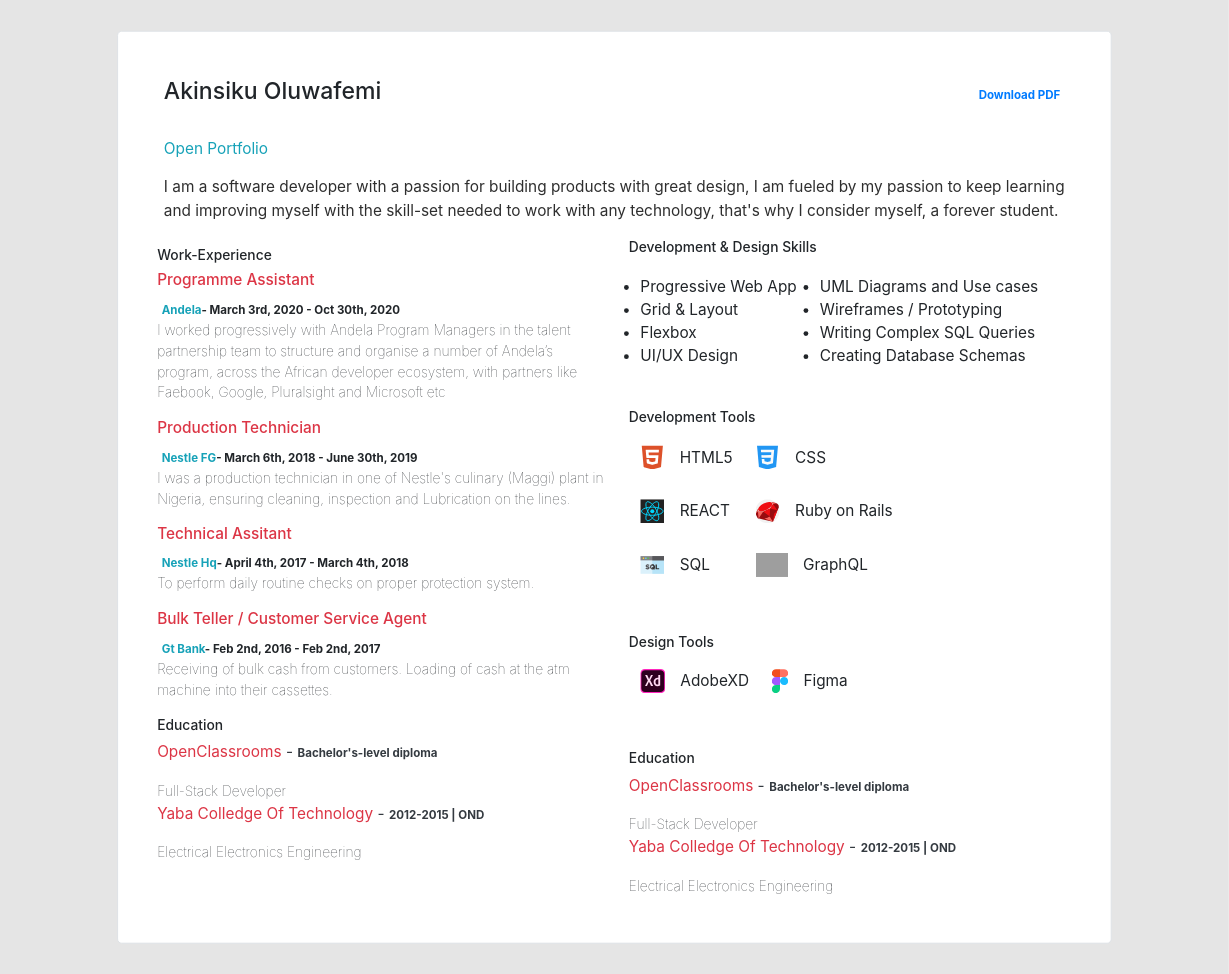
Repository: akinsikuoluwafemi/resume
Page: index.html
An editor plug-in stored every save of this project. The page is shown before and after the next save, followed by the edit.
The browser window is 1280 px wide. The pictures show the whole page, at 96% of full size.
Pictures or frames that could not be fetched are drawn as grey boxes. The style sheet was rebuilt from its Sass, Less or Tailwind sources for each picture, by a compiler version that may differ from the author's.

Above is the page before, as saved 2021-01-13 23:44:45.

After the next save:
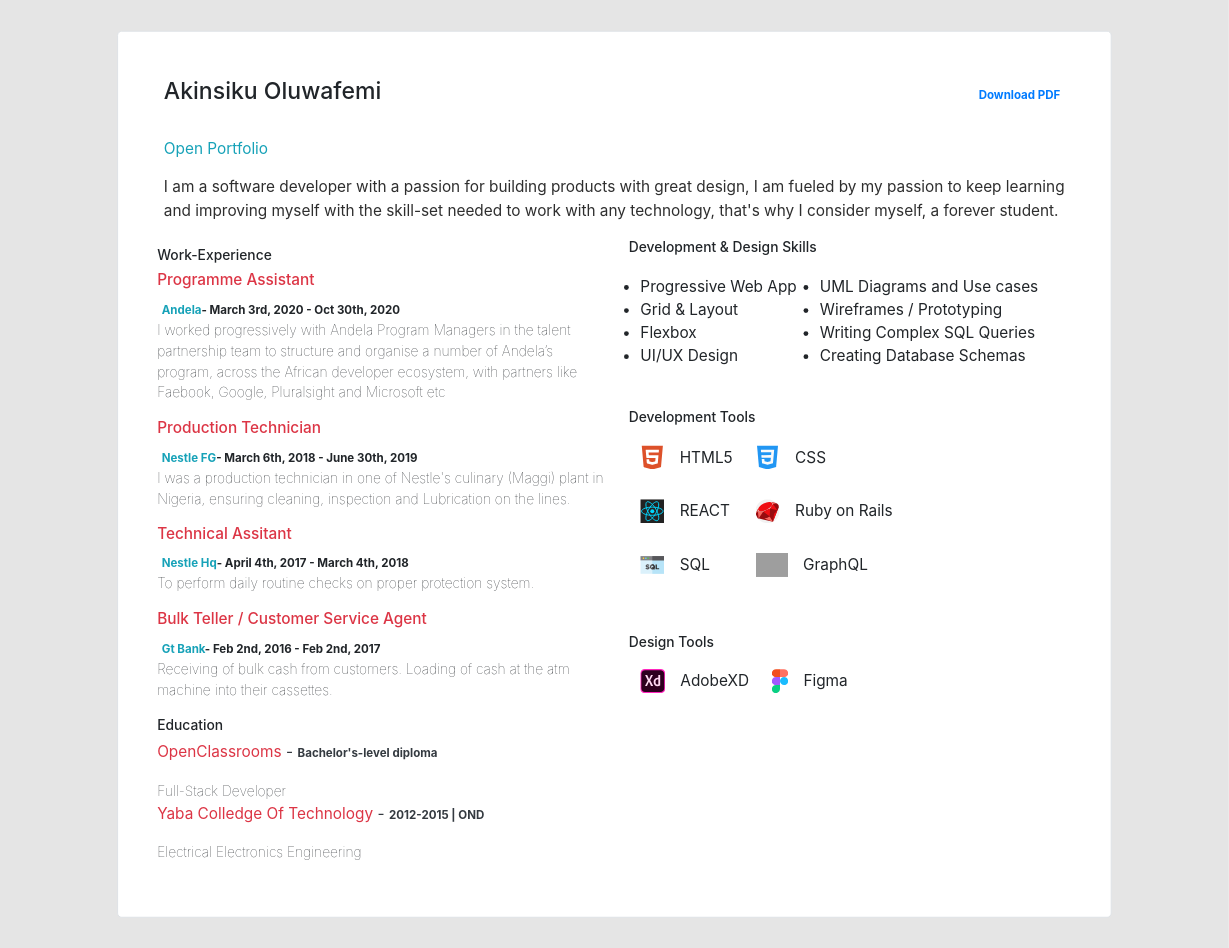
Saved 68 s later.
--- a/index.html
+++ b/index.html
@@ -230,7 +230,7 @@
 
 
                     </div>
-                    <div class="edu">
+                    <!-- <div class="edu">
                         <h5 class="item__header">Education</h5>
                         <p paragraph><a href="https://www.francecompetences.fr/recherche/rncp/27099/" class="text-danger text-info">OpenClassrooms
                             <span class="text-dark">-</span><span class="badge text-dark">Bachelor's-level diploma</span></a></p>
@@ -242,7 +242,7 @@
                         <span class="item__description ">Electrical Electronics Engineering</span>
 
 
-                    </div>
+                    </div> -->
 
 
 
